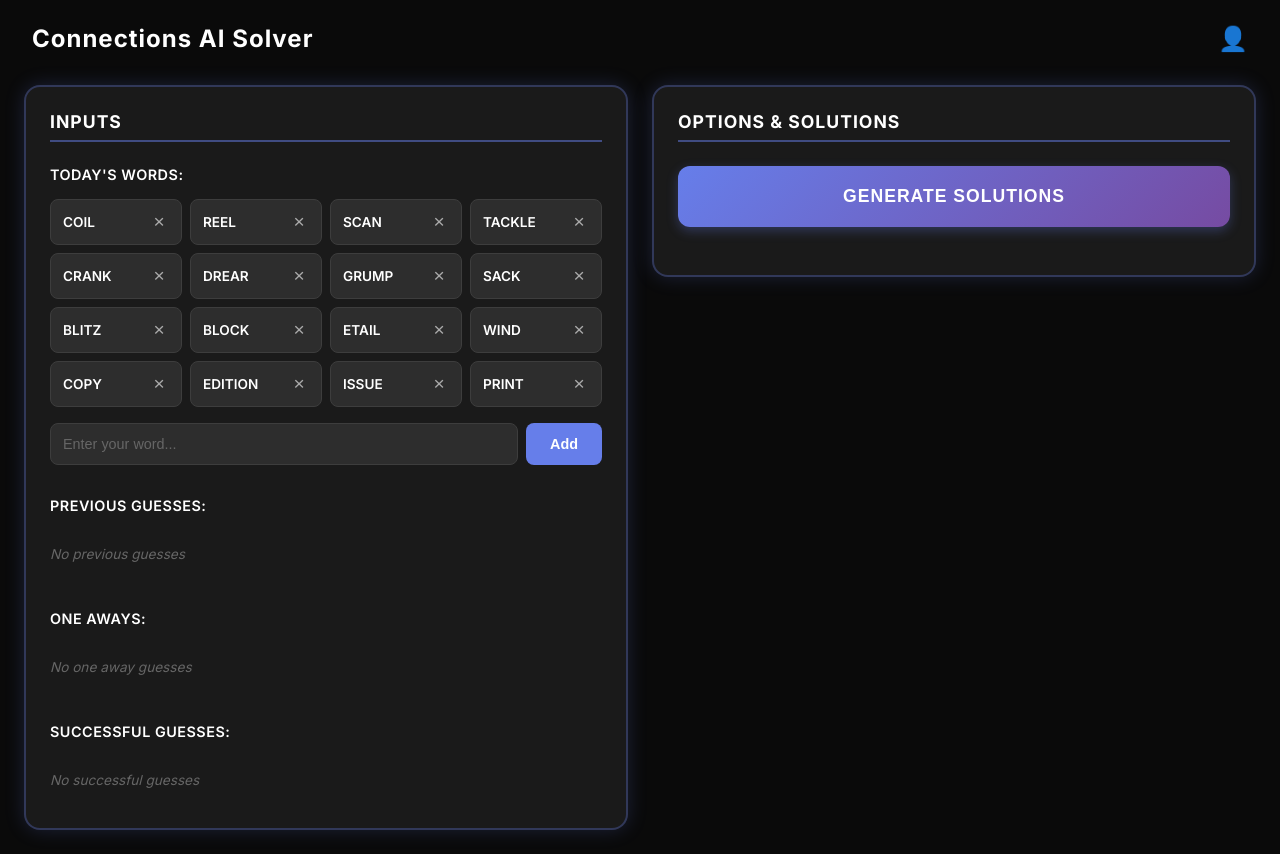
Repository: sanjayMamidipaka/connections-solver-vercel
Page: / (app in frontend/)
An editor plug-in stored every save of this project. The page is shown before and after the next save, followed by the edit.
The browser window is 1280 px wide. The pictures show the whole page.
The project was rebuilt for these pictures with package versions that can differ from the ones it lists, and the page was loaded fresh each time. The framework's server and built-in components were replaced by stand-ins that run in the browser. Also part of the build but not shown: frontend/next.config.js.

Above is the page before, as saved 2026-01-09 13:21:38.

After the next save:
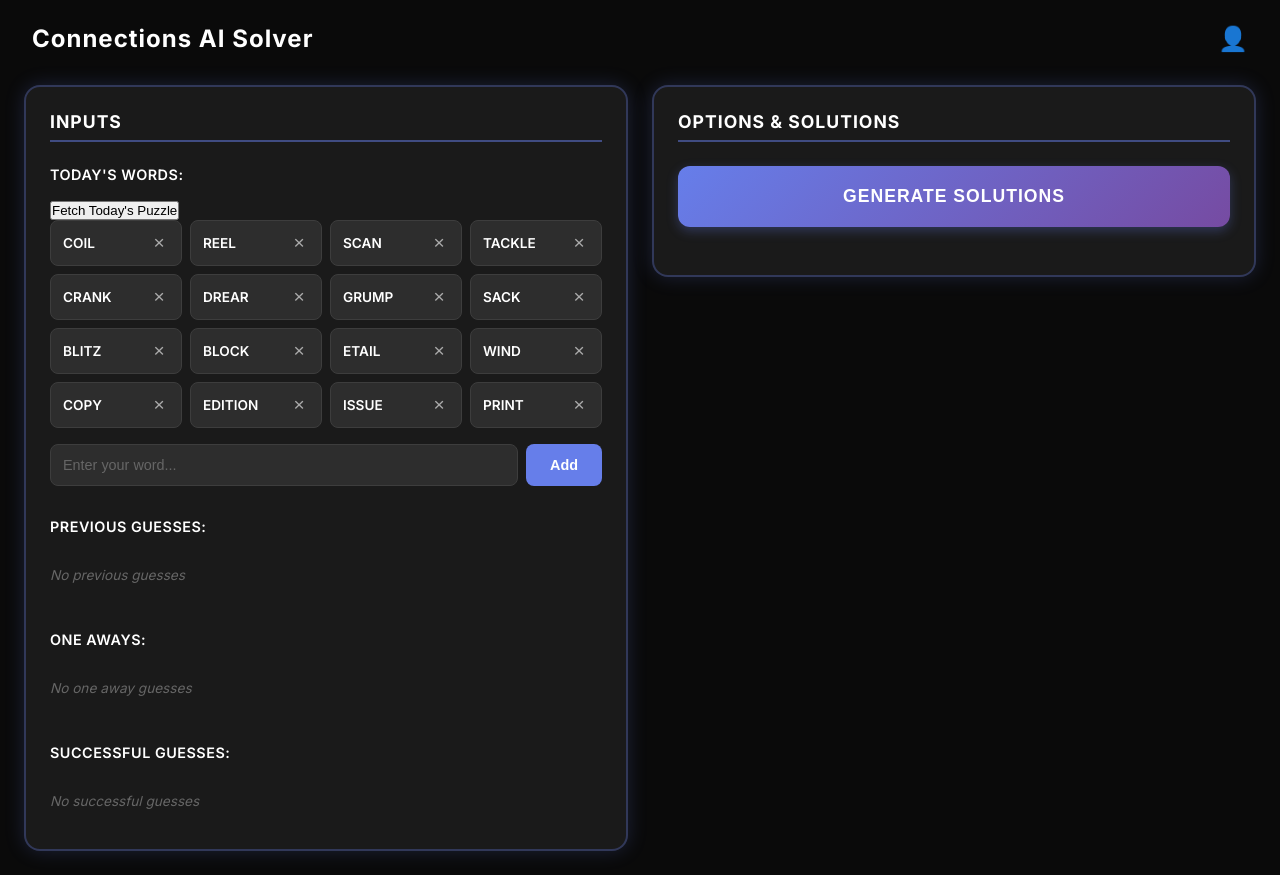
Saved 62 s later.
--- a/frontend/app/page.tsx
+++ b/frontend/app/page.tsx
@@ -153,6 +153,13 @@ export default function Home() {
 
           <div className="section">
             <h3 className="section-title">TODAY'S WORDS:</h3>
+            <button
+    className="fetch-btn"
+    onClick={fetchTodayPuzzle}
+    disabled={loading}
+  >
+    {loading ? 'Fetching...' : 'Fetch Today\'s Puzzle'}
+  </button>
             <div className="word-grid">
               {words.map((word, index) => {
                 const isSelected = selectedWords.includes(word)
